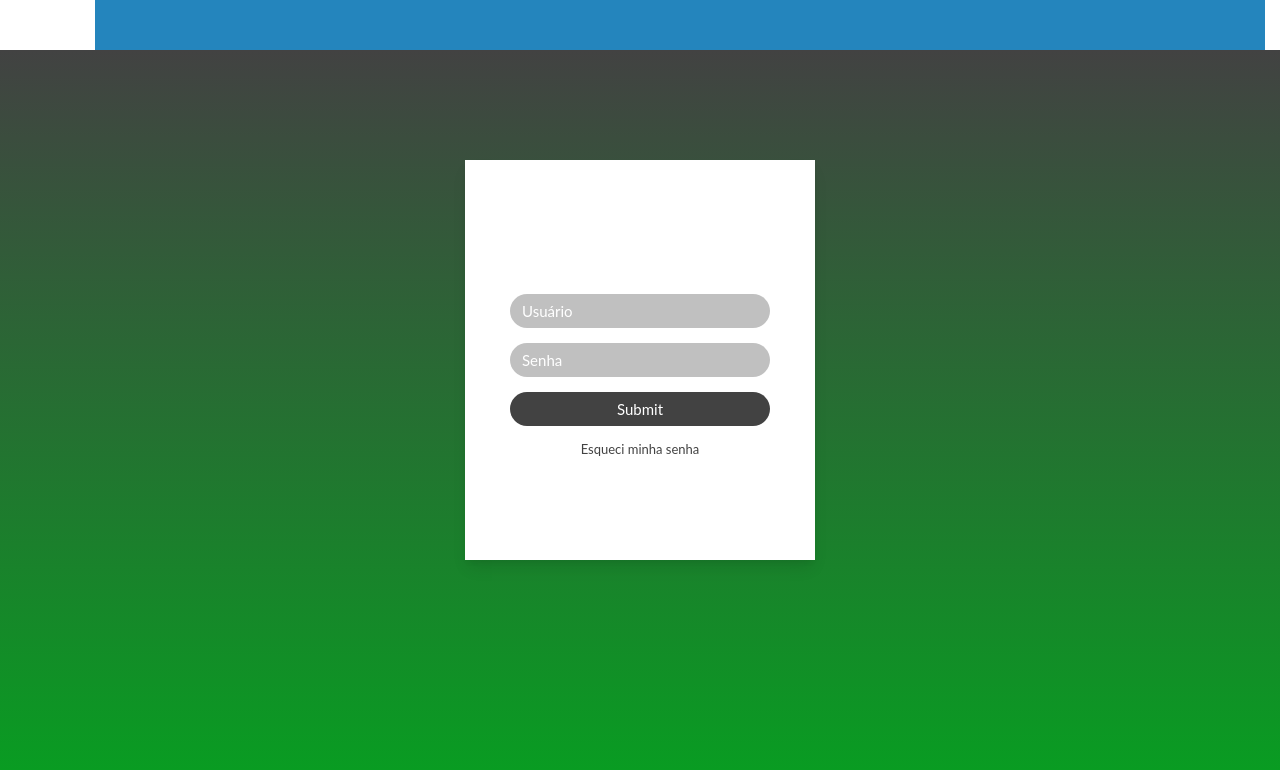
Repository: JoaoNahid/adminSystem
Page: /login (app in client/)
The author's editor kept a copy of each file at every save. The page is drawn from the files as they stood at one save, then again after the next save.
The browser window is 1280 px wide. The pictures show the whole page.
The project was rebuilt for these pictures with package versions that can differ from the ones it lists, and the page was loaded fresh each time. Also part of the build but not shown: client/src/App.css, client/src/css/sidebar.css, client/src/routes/cadastro.js, client/src/components/sidebar.js, client/src/components/verificaLogin.js, client/src/routes/home.js, client/src/routes/404.js, client/src/routes/lote.js and 2 more.

Above is the page before, as saved 2022-05-07 17:20:19.

After the next save:
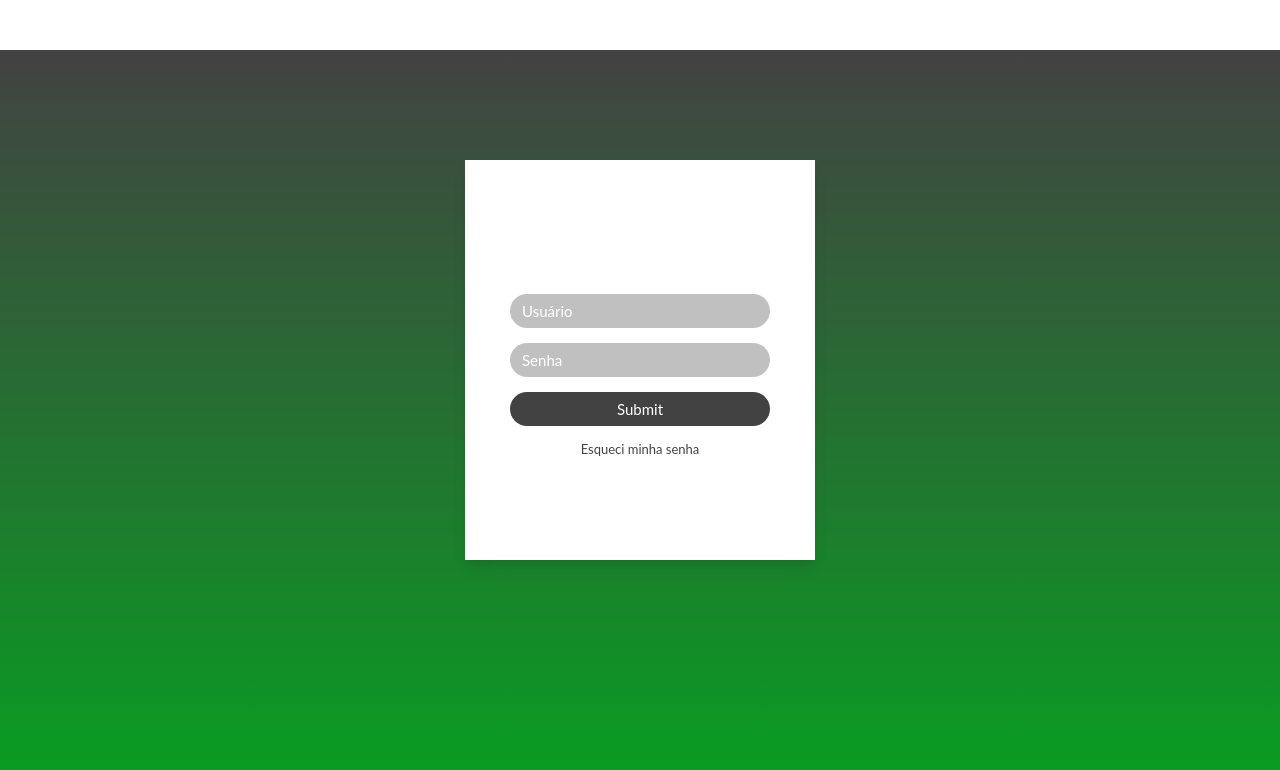
Saved 29 s later.
--- a/client/src/css/style.css
+++ b/client/src/css/style.css
@@ -308,8 +308,8 @@ input:focus{
 #headerArea{
   height: 50px;
   width: 100%;
-  background-color: rgb(36, 133, 189);
-  color: #fff;
+  color: #fff;
+  text-align: right;
 }
 
 /* PAGINA DE ERRO */
